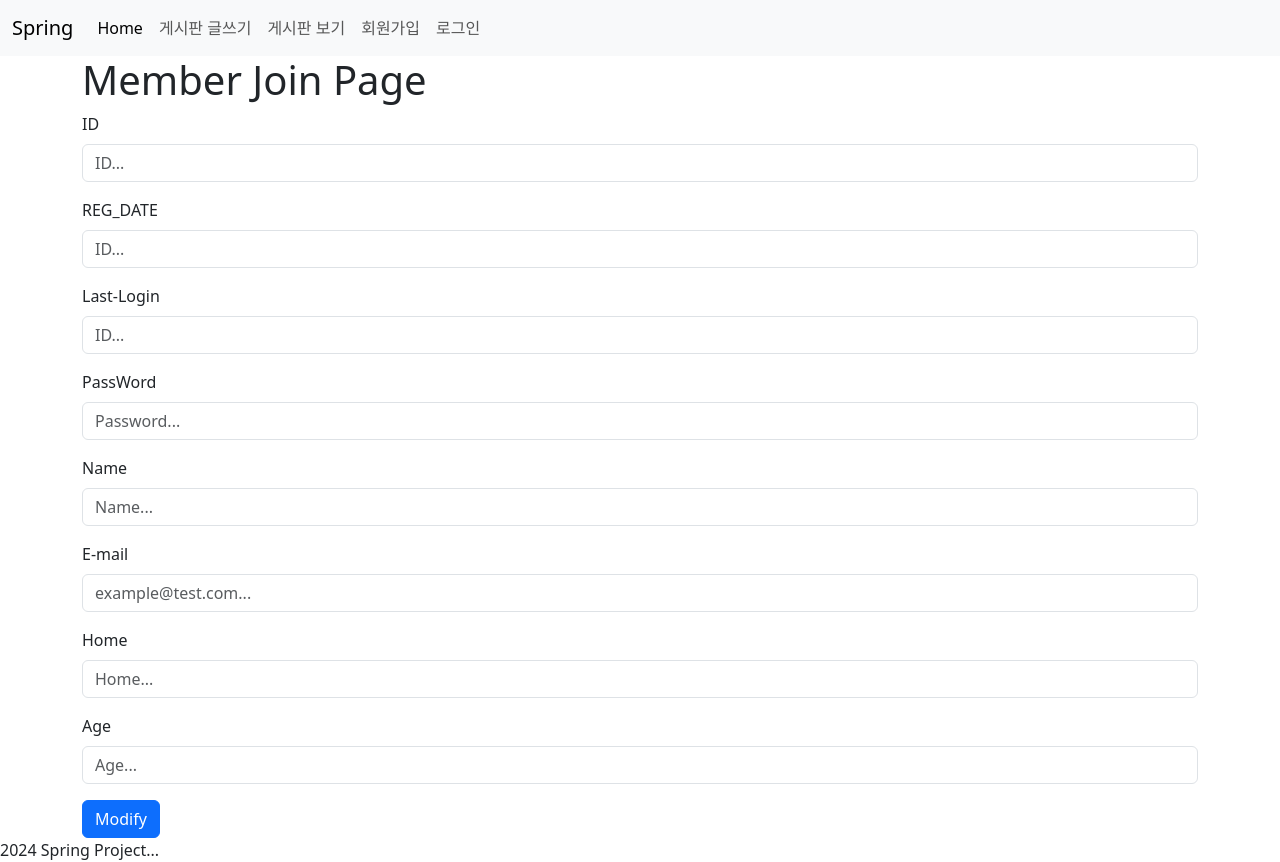
Repository: leechanggyu1118/Spring
Page: http://localhost/spring_study/WEB-INF/views/member/modify.jsp
These files come from the project's save history. The page is drawn as it stood at one moment and after the next save; the edit follows.
The browser window is 1280 px wide. The pictures show the whole page.
The page is served by Tomcat 9. Nobody is signed in. The template is opened directly, without the code that normally fills it, so the values that code supplies are empty.

Above is the page before, as saved 2024-04-25 09:07:47.

After the next save:
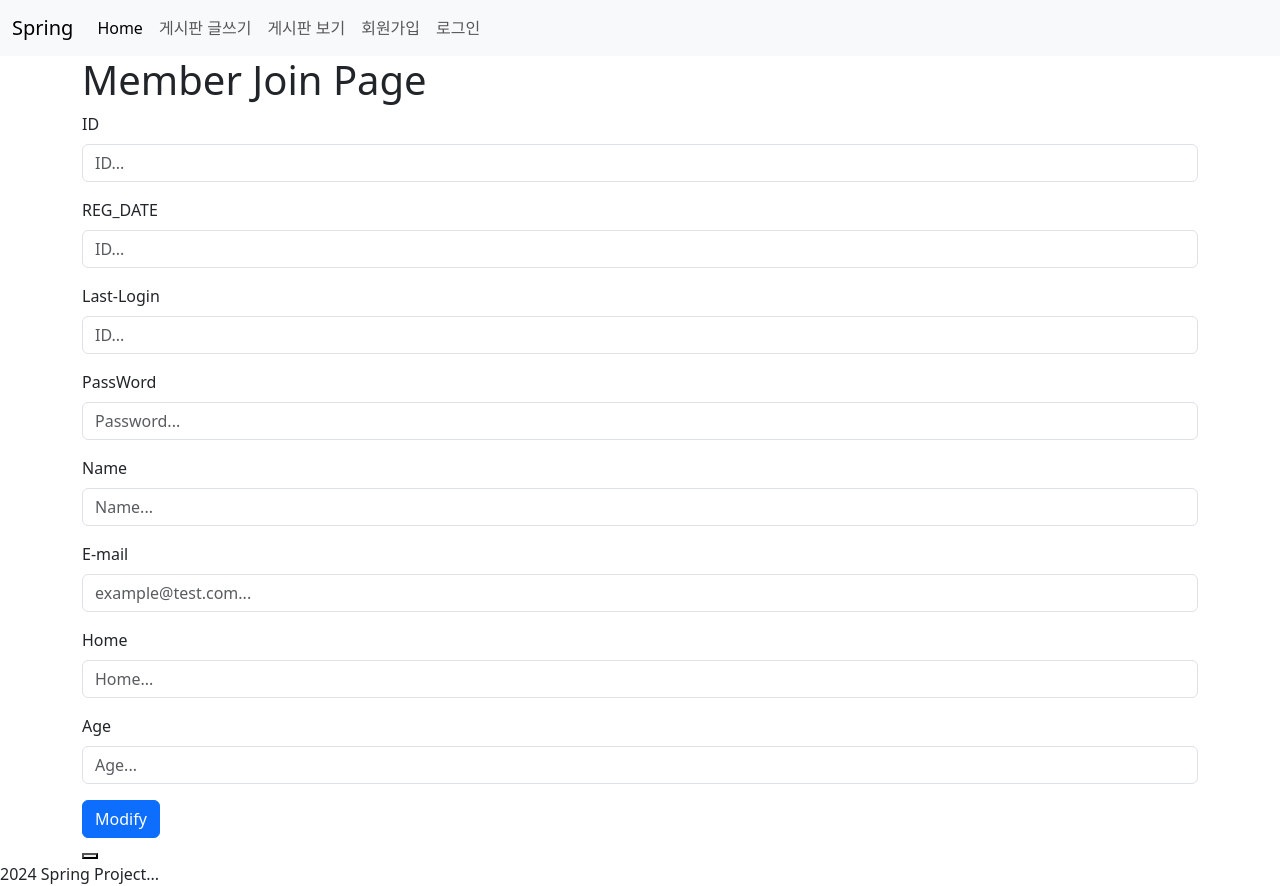
Saved 74 s later.
--- a/spring_study/src/main/webapp/WEB-INF/views/member/modify.jsp
+++ b/spring_study/src/main/webapp/WEB-INF/views/member/modify.jsp
@@ -45,7 +45,7 @@
 
 			<button type="submit" class="btn btn-primary">Modify</button>
 		</form>
-
+		<a href=""> <button type="button"></button> </a>
 
 	</div>
 		<jsp:include page="../layout/footer.jsp"></jsp:include>
